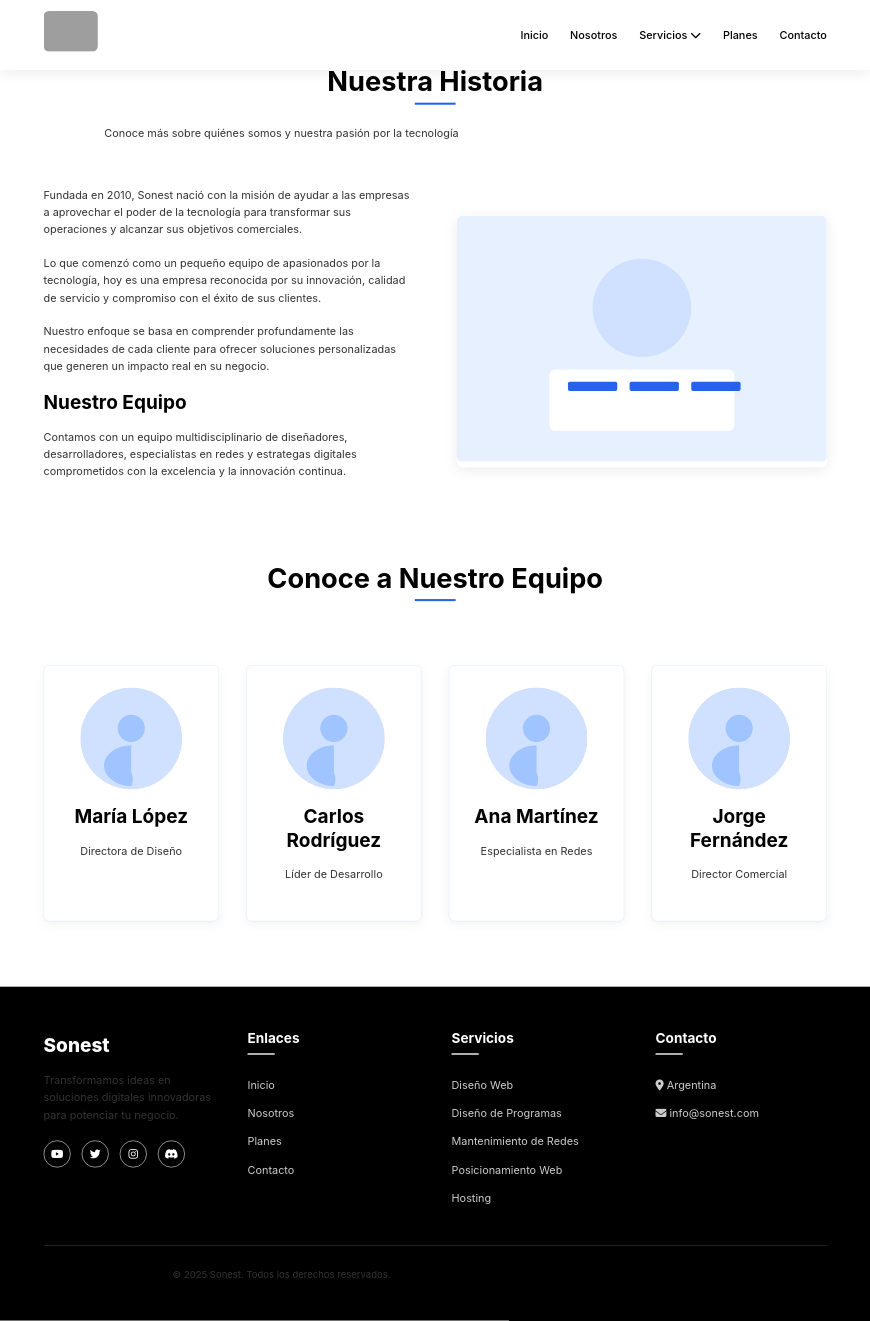
Repository: FabriDevelope/sonest
Page: nosotros.html
These files come from the project's save history. The page is drawn as it stood at one moment and after the next save; the edit follows.
The browser window is 1280 px wide. The pictures show the whole page, at 68% of full size.
Pictures or frames that could not be fetched are drawn as grey boxes.

Above is the page before, as saved 2025-08-02 22:56:34.

### nosotros.html
<!DOCTYPE html>
<html lang="es">
<head>
    <meta charset="UTF-8">
    <meta name="viewport" content="width=device-width, initial-scale=1.0">
    <title>Sobre Nosotros - Sonest</title>
    <link rel="stylesheet" href="styles.css">
    <link rel="stylesheet" href="https://cdnjs.cloudflare.com/ajax/libs/font-awesome/6.4.0/css/all.min.css">
    <style>
        .about-section {
            padding: 6rem 0;
        }

        .about-content {
            display: flex;
            gap: 4rem;
            align-items: center;
        }

        .about-text {
            flex: 1;
        }

        .about-image {
            flex: 1;
            border-radius: var(--border-radius);
            overflow: hidden;
            box-shadow: var(--shadow);
        }

        .team-grid {
            display: grid;
            grid-template-columns: repeat(auto-fit, minmax(250px, 1fr));
            gap: 2.5rem;
            margin-top: 4rem;
        }

        .team-card {
            background-color: var(--white);
            border-radius: var(--border-radius);
            padding: 2rem;
            text-align: center;
            box-shadow: 0 5px 15px rgba(0,0,0,0.05);
            border: 1px solid rgba(37, 99, 235, 0.1);
        }

        .team-image {
            width: 150px;
            height: 150px;
            border-radius: 50%;
            margin: 0 auto 1.5rem;
            overflow: hidden;
            background-color: var(--gray-100);
        }

        @media (max-width: 992px) {
            .about-content {
                flex-direction: column;
            }
        }
    </style>
</head>
<body>
    <!-- Header -->
    <header>
        <div class="container header-container">
            <a href="index.html" class="logo">
                <img src="https://i.imgur.com/yJCH2BL.png" alt="Sonest Logo" style="height: 60px; margin-right: 10px;">
            </a>
            <nav>
                <ul class="nav-menu">
                    <li class="nav-item"><a href="index.html" class="nav-link">Inicio</a></li>
                    <li class="nav-item"><a href="nosotros.html" class="nav-link">Nosotros</a></li>
                    <li class="nav-item dropdown">
                        <a href="planes.html" class="nav-link">Servicios <i class="fas fa-chevron-down"></i></a>
                        <ul class="dropdown-content">
                            <li><a href="diseno-web.html" class="dropdown-item">Diseño Web</a></li>
                            <li><a href="diseno-programas.html" class="dropdown-item">Diseño de Programas</a></li>
                            <li><a href="mantenimiento-redes.html" class="dropdown-item">Mantenimiento de Redes</a></li>
                            <li><a href="posicionamiento-web.html" class="dropdown-item">Posicionamiento Web</a></li>
                            <li><a href="hosting.html" class="dropdown-item">Hosting</a></li>
                        </ul>
                    </li>
                    <li class="nav-item"><a href="planes.html" class="nav-link">Planes</a></li>
                    <li class="nav-item"><a href="contacto.html" class="nav-link active">Contacto</a></li>
                </ul>
            </nav>
            <div class="mobile-toggle">
                <i class="fas fa-bars"></i>
            </div>
        </div>
    </header>

    <main>
        <section class="about-section">
            <div class="container">
                <div class="section-title">
                    <h2>Nuestra Historia</h2>
                    <p>Conoce más sobre quiénes somos y nuestra pasión por la tecnología</p>
                </div>

                <div class="about-content">
                    <div class="about-text">
                        <p>Fundada en 2010, Sonest nació con la misión de ayudar a las empresas a aprovechar el poder de la tecnología para transformar sus operaciones y alcanzar sus objetivos comerciales.</p>
                        <p>Lo que comenzó como un pequeño equipo de apasionados por la tecnología, hoy es una empresa reconocida por su innovación, calidad de servicio y compromiso con el éxito de sus clientes.</p>
                        <p>Nuestro enfoque se basa en comprender profundamente las necesidades de cada cliente para ofrecer soluciones personalizadas que generen un impacto real en su negocio.</p>

                        <h3>Nuestro Equipo</h3>
                        <p>Contamos con un equipo multidisciplinario de diseñadores, desarrolladores, especialistas en redes y estrategas digitales comprometidos con la excelencia y la innovación continua.</p>
                    </div>
                    <div class="about-image fade-in">
                        <img src="data:[embedded picture, 527 characters]" alt="Equipo Sonest">
                    </div>
                </div>

                <div class="section-title" style="margin-top: 6rem;">
                    <h2>Conoce a Nuestro Equipo</h2>
                </div>

                <div class="team-grid">
                    <div class="team-card fade-in">
                        <div class="team-image">
                            <img src="data:[embedded picture, 302 characters]" alt="María López">
                        </div>
                        <h3>María López</h3>
                        <p>Directora de Diseño</p>
                    </div>

                    <div class="team-card fade-in">
                        <div class="team-image">
                            <img src="data:[embedded picture, 302 characters]" alt="Carlos Rodríguez">
                        </div>
                        <h3>Carlos Rodríguez</h3>
                        <p>Líder de Desarrollo</p>
                    </div>

                    <div class="team-card fade-in">
                        <div class="team-image">
                            <img src="data:[embedded picture, 302 characters]" alt="Ana Martínez">
                        </div>
                        <h3>Ana Martínez</h3>
                        <p>Especialista en Redes</p>
                    </div>

                    <div class="team-card fade-in">
                        <div class="team-image">
                            <img src="data:[embedded picture, 302 characters]" alt="Jorge Fernández">
                        </div>
                        <h3>Jorge Fernández</h3>
                        <p>Director Comercial</p>
                    </div>
                </div>
            </div>
        </section>
    </main>

    <!-- Footer -->
    <footer>
        <div class="container">
            <div class="footer-grid">
                <div>
                    <a href="index.html" class="footer-logo">Sonest</a>
                    <p>Transformamos ideas en soluciones digitales innovadoras para potenciar tu negocio.</p>
                    <div class="social-links">
                        <a href="#" class="social-link"><i class="fab fa-youtube"></i></a>
                        <a href="#" class="social-link"><i class="fab fa-twitter"></i></a>
                        <a href="#" class="social-link"><i class="fab fa-instagram"></i></a>
                        <a href="https://discord.gg/TzeV6DSFxJ" class="social-link"><i class="fab fa-discord"></i></a>
                    </div>
                </div>
                <div>
                    <h4 class="footer-title">Enlaces</h4>
                    <ul class="footer-links">
                        <li><a href="index.html" class="footer-link">Inicio</a></li>
                        <li><a href="nosotros.html" class="footer-link">Nosotros</a></li>
                        <li><a href="planes.html" class="footer-link">Planes</a></li>
                        <li><a href="contacto.html" class="footer-link">Contacto</a></li>
                    </ul>
                </div>
                <div>
                    <h4 class="footer-title">Servicios</h4>
                    <ul class="footer-links">
                        <li><a href="diseno-web.html" class="footer-link">Diseño Web</a></li>
                        <li><a href="diseno-programas.html" class="footer-link">Diseño de Programas</a></li>
                        <li><a href="mantenimiento-redes.html" class="footer-link">Mantenimiento de Redes</a></li>
                        <li><a href="posicionamiento-web.html" class="footer-link">Posicionamiento Web</a></li>
                        <li><a href="hosting.html" class="footer-link">Hosting</a></li>
                    </ul>
                </div>
                <div>
                    <h4 class="footer-title">Contacto</h4>
                    <ul class="footer-links">
                        <li><a href="#" class="footer-link"><i class="fas fa-map-marker-alt"></i> Argentina</a></li>
                        <li><a href="mailto:sonest.adm@proton.me" class="footer-link"><i class="fas fa-envelope"></i> info@sonest.com</a></li>
                    </ul>
                </div>
            </div>
            <div class="footer-bottom">
                <p>&copy; 2025 Sonest. Todos los derechos reservados.</p>
            </div>
        </div>
    </footer>

    <script>
        document.addEventListener('DOMContentLoaded', function() {
            const mobileToggle = document.querySelector('.mobile-toggle');
            const navMenu = document.querySelector('.nav-menu');

            if (mobileToggle && navMenu) {
                mobileToggle.addEventListener('click', function() {
                    navMenu.classList.toggle('active');
                });
            }

            // Animaciones al hacer scroll
            const observer = new IntersectionObserver((entries) => {
                entries.forEach(entry => {
                    if (entry.isIntersecting) {
                        entry.target.classList.add('fade-in-visible');
                    }
                });
            }, { threshold: 0.1 });

            document.querySelectorAll('.fade-in').forEach(element => {
                observer.observe(element);
            });
        });
    </script>
</body>
</html>

Loaded but not shown: styles.css (684 lines, source omitted)

After the next save:
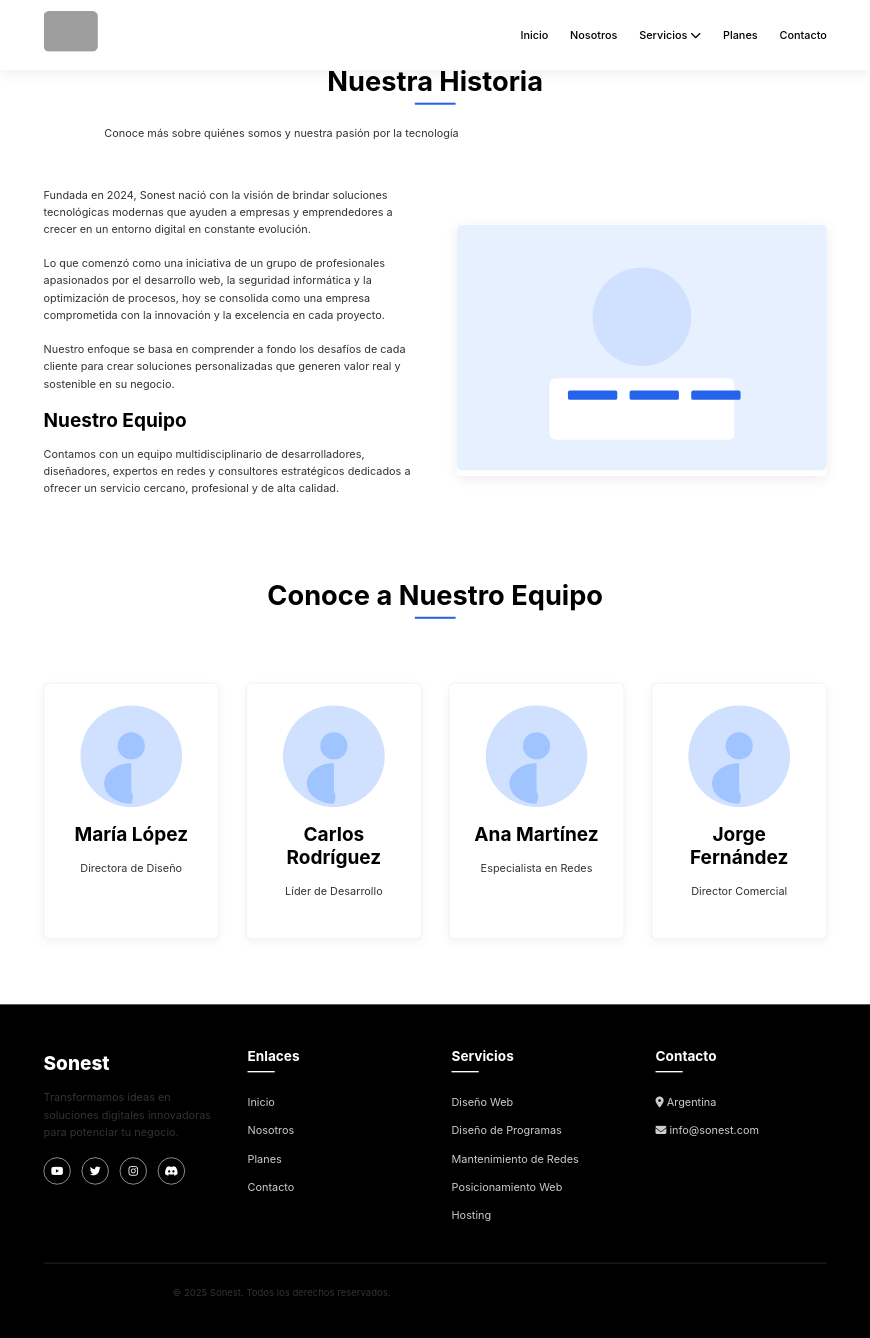
Saved 3 min 45 s later.
--- a/nosotros.html
+++ b/nosotros.html
@@ -101,17 +101,18 @@
 
                 <div class="about-content">
                     <div class="about-text">
-                        <p>Fundada en 2010, Sonest nació con la misión de ayudar a las empresas a aprovechar el poder de la tecnología para transformar sus operaciones y alcanzar sus objetivos comerciales.</p>
-                        <p>Lo que comenzó como un pequeño equipo de apasionados por la tecnología, hoy es una empresa reconocida por su innovación, calidad de servicio y compromiso con el éxito de sus clientes.</p>
-                        <p>Nuestro enfoque se basa en comprender profundamente las necesidades de cada cliente para ofrecer soluciones personalizadas que generen un impacto real en su negocio.</p>
+                        <p>Fundada en 2024, Sonest nació con la visión de brindar soluciones tecnológicas modernas que ayuden a empresas y emprendedores a crecer en un entorno digital en constante evolución.</p>
+                        <p>Lo que comenzó como una iniciativa de un grupo de profesionales apasionados por el desarrollo web, la seguridad informática y la optimización de procesos, hoy se consolida como una empresa comprometida con la innovación y la excelencia en cada proyecto.</p>
+                        <p>Nuestro enfoque se basa en comprender a fondo los desafíos de cada cliente para crear soluciones personalizadas que generen valor real y sostenible en su negocio.</p>
 
                         <h3>Nuestro Equipo</h3>
-                        <p>Contamos con un equipo multidisciplinario de diseñadores, desarrolladores, especialistas en redes y estrategas digitales comprometidos con la excelencia y la innovación continua.</p>
+                        <p>Contamos con un equipo multidisciplinario de desarrolladores, diseñadores, expertos en redes y consultores estratégicos dedicados a ofrecer un servicio cercano, profesional y de alta calidad.</p>
                     </div>
                     <div class="about-image fade-in">
                         <img src="data:[embedded picture, 527 characters]" alt="Equipo Sonest">
                     </div>
                 </div>
+
 
                 <div class="section-title" style="margin-top: 6rem;">
                     <h2>Conoce a Nuestro Equipo</h2>
